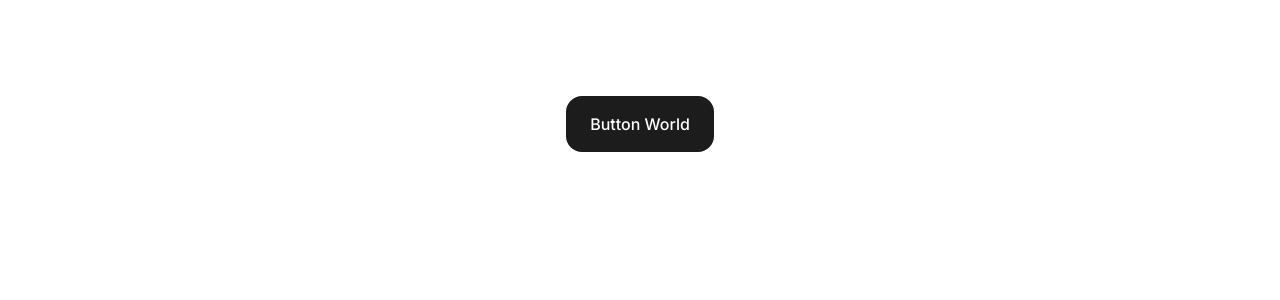
Repository: ggonzaga29/polarized-dashboard
Page: /
An editor plug-in stored every save of this project. The page is shown before and after the next save, followed by the edit.
The browser window is 1280 px wide. The pictures show the whole page.
The project was rebuilt for these pictures with package versions that can differ from the ones it lists, and the page was loaded fresh each time. The framework's server and built-in components were replaced by stand-ins that run in the browser. Also part of the build but not shown: next.config.js.

Above is the page before, as saved 2023-08-03 12:52:04.

### src/app/layout.jsx
import './globals.css';
import { Inter } from 'next/font/google';
import { ThemeProvider } from '@/context/theme-provider';

const inter = Inter({ subsets: ['latin'] });

export const metadata = {
  title: 'Polarized | Dashboard',
};

export default function RootLayout({ children }) {
  return (
    <html lang="en">
      <body className={inter.className}>
        <ThemeProvider attribute="class" defaultTheme="system" enableSystem>
          {children}
        </ThemeProvider>
      </body>
    </html>
  );
}

### src/app/page.jsx
import Image from 'next/image';
import { Button } from '@/components/ui/button';

export default function Home() {
  return (
    <main className="flex min-h-screen flex-col items-center justify-between p-24">
			<Button variant="filled" size="lg">Button World</Button>
    </main>
  );
}

### src/app/globals.css
@tailwind base;
@tailwind components;
@tailwind utilities;

@layer base {
  :root {
    /* --background: 0 0% 100%;
    --foreground: 240 10% 3.9%;

    --muted: 240 4.8% 95.9%;
    --muted-foreground: 240 3.8% 46.1%;

    --popover: 0 0% 100%;
    --popover-foreground: 240 10% 3.9%;

    --card: 0 0% 100%;
    --card-foreground: 240 10% 3.9%;

    --border: 240 5.9% 90%;
    --input: 240 5.9% 90%;

    --primary: 240 5.9% 10%;
    --primary-foreground: 0 0% 98%;

    --secondary: 240 4.8% 95.9%;
    --secondary-foreground: 240 5.9% 10%;

    --accent: 240 4.8% 95.9%;
    --accent-foreground: 240 5.9% 10%;

    --destructive: 0 84.2% 60.2%;
    --destructive-foreground: 0 0% 98%;

    --ring: 240 5% 64.9%;

    --radius: 0.5rem; */

    /* 1C1C1C */
    --black-100: hsl(0, 0%, 11%);
    --black-80: hsl(0%, 11%, 80%);

    --white-100: hsl(0, 0%, 100%);
    --white-80: hsl(0, 0%, 80%);
    --white-40: hsl(0, 0%, 40%);
    --white-20: hsl(0, 0%, 20%);
    --white-10: hsl(0, 0%, 10%);
    --white-5: hsl(0, 0%, 5%);

    /* F7F9FB */
    --primary-light: hsl(210, 50%, 98%);
    /* E3F5FF */
    --primary-blue: hsl(210, 90%, 95%);
    /* E5ECF6 */
    --primary-purple: hsl(240, 20%, 90%);
    /* 1C1C1C */
    --primary-brand: hsl(0, 0%, 11%);

    /* 95A4FC */
    --secondary-purple-a: hsl(240, 60%, 75%);
    /* A8C5DA */
    --secondary-blue-a: hsl(200, 30%, 75%);
    /* E3F5FF */
    --secondary-blue-b: hsl(210, 90%, 95%);
    /* A1E3CB */
    --secondary-green-a: hsl(160, 70%, 75%);
    /* BAEDBD */
    --secondary-green-b: hsl(100, 40%, 75%);
    /* FFE999 */
    --secondary-yellow: hsl(50, 100%, 75%);
    /* FF4747 */
    --secondary-red: hsl(0, 100, 64);
  }

  .dark {
    /* --background: 240 10% 3.9%;
    --foreground: 0 0% 98%;

    --muted: 240 3.7% 15.9%;
    --muted-foreground: 240 5% 64.9%;

    --popover: 240 10% 3.9%;
    --popover-foreground: 0 0% 98%;

    --card: 240 10% 3.9%;
    --card-foreground: 0 0% 98%;

    --border: 240 3.7% 15.9%;
    --input: 240 3.7% 15.9%;

    --primary: 0 0% 98%;
    --primary-foreground: 240 5.9% 10%;

    --secondary: 240 3.7% 15.9%;
    --secondary-foreground: 0 0% 98%;

    --accent: 240 3.7% 15.9%;
    --accent-foreground: 0 0% 98%;

    --destructive: 0 62.8% 30.6%;
    --destructive-foreground: 0 85.7% 97.3%;

    --ring: 240 3.7% 15.9%; */
  }
}

@layer base {

}

### src/components/ui/button.jsx
import React from 'react';
import { cva } from 'class-variance-authority';
import { twMerge } from 'tailwind-merge';

const button = cva(
  [
    'inline-flex items-center justify-center font-medium transition-colors disabled:pointer-events-none disabled:opacity-50',
  ],
  {
    variants: {
      variant: {
        filled: ['bg-[#1C1C1C]', 'text-white', "hover:bg-[#2C2C2C]"],
				outlined: ['border-[#1C1C1C]', 'text-[#1C1C1C]', 'hover:bg-[#1C1C1C]'],
				gray: ['bg-[#F5F5F5]', 'text-[#1C1C1C]', 'hover:bg-[#E5E5E5]'],
				ghost: ['text-[#1C1C1C]', 'hover:bg-[#1C1C1C]'],
      },

      size: {
        sm: ['px-2', 'py-1', 'rounded-sm'],
        md: ['px-4', 'py-2', 'rounded-md'],
        lg: ['px-6', 'py-4', 'rounded-2xl'],
      },
    },
  },
);

const Button = ({ variant, size, className, children }) => {
  if (!variant) variant = 'primary';
  if (!size) size = 'md';

  return (
    <button className={twMerge(button({ variant, size }), className)}>
      {children}
    </button>
  );
};

Button.displayName = 'Button';

export { Button };

### tailwind.config.js
/** @type {import('tailwindcss').Config} */
module.exports = {
	darkMode: ["class"],
	content: [
		'./pages/**/*.{js,jsx}',
		'./components/**/*.{js,jsx}',
		'./app/**/*.{js,jsx}',
		'./src/**/*.{js,jsx}',
	],
	theme: {
		// container: {
		//   center: true,
		//   padding: "2rem",
		//   screens: {
		//     "2xl": "1400px",
		//   },
		// },
		extend: {
			colors: {

				black: {
					DEFAULT: "#000000",
					100: "#F5F5F5",
					200: "#EEEEEE",


					// border: "hsl(var(--border))",
					// input: "hsl(var(--input))",
					// ring: "hsl(var(--ring))",
					// background: "hsl(var(--background))",
					// foreground: "hsl(var(--foreground))",
					// primary: {
					//   DEFAULT: "hsl(var(--primary))",
					//   foreground: "hsl(var(--primary-foreground))",
					// },
					// secondary: {
					//   DEFAULT: "hsl(var(--secondary))",
					//   foreground: "hsl(var(--secondary-foreground))",
					// },
					// destructive: {
					//   DEFAULT: "hsl(var(--destructive))",
					//   foreground: "hsl(var(--destructive-foreground))",
					// },
					// muted: {
					//   DEFAULT: "hsl(var(--muted))",
					//   foreground: "hsl(var(--muted-foreground))",
					// },
					// accent: {
					//   DEFAULT: "hsl(var(--accent))",
					//   foreground: "hsl(var(--accent-foreground))",
					// },
					// popover: {
					//   DEFAULT: "hsl(var(--popover))",
					//   foreground: "hsl(var(--popover-foreground))",
					// },
					// card: {
					//   DEFAULT: "hsl(var(--card))",
					//   foreground: "hsl(var(--card-foreground))",
					// },
				},
				borderRadius: {
					// lg: "var(--radius)",
					// md: "calc(var(--radius) - 2px)",
					// sm: "calc(var(--radius) - 4px)",
				},
				keyframes: {
					// "accordion-down": {
					//   from: { height: 0 },
					//   to: { height: "var(--radix-accordion-content-height)" },
					// },
					// "accordion-up": {
					//   from: { height: "var(--radix-accordion-content-height)" },
					//   to: { height: 0 },
					// },
				},
				animation: {
					// "accordion-down": "accordion-down 0.2s ease-out",
					// "accordion-up": "accordion-up 0.2s ease-out",
				},
			},
		},
		plugins: [require("tailwindcss-animate")],
	}
}

Loaded but not shown: src/context/theme-provider.jsx (common file)

After the next save:
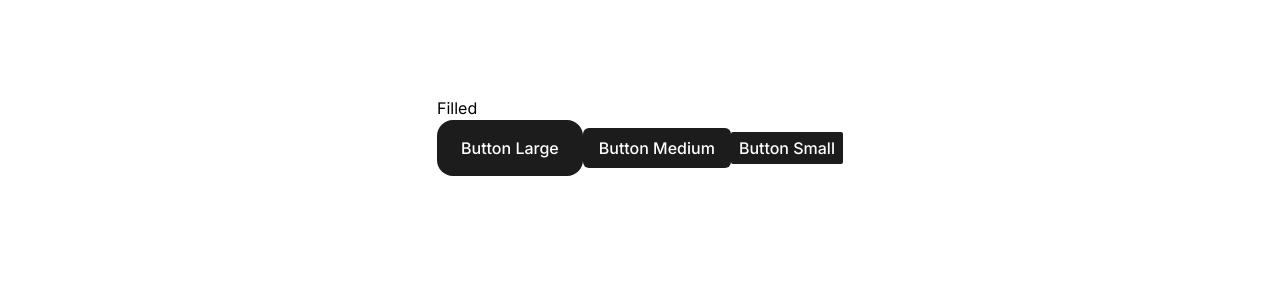
Saved 33 s later.
--- a/src/app/page.jsx
+++ b/src/app/page.jsx
@@ -4,7 +4,18 @@ import { Button } from '@/components/ui/button';
 export default function Home() {
   return (
     <main className="flex min-h-screen flex-col items-center justify-between p-24">
-			<Button variant="filled" size="lg">Button World</Button>
+      <div>
+        <h2>Filled</h2>
+        <Button variant="filled" size="lg">
+          Button Large
+        </Button>
+				<Button variant="filled" size="md">
+					Button Medium
+				</Button>
+				<Button variant="filled" size="sm">
+					Button Small
+				</Button>
+      </div>
     </main>
   );
 }
